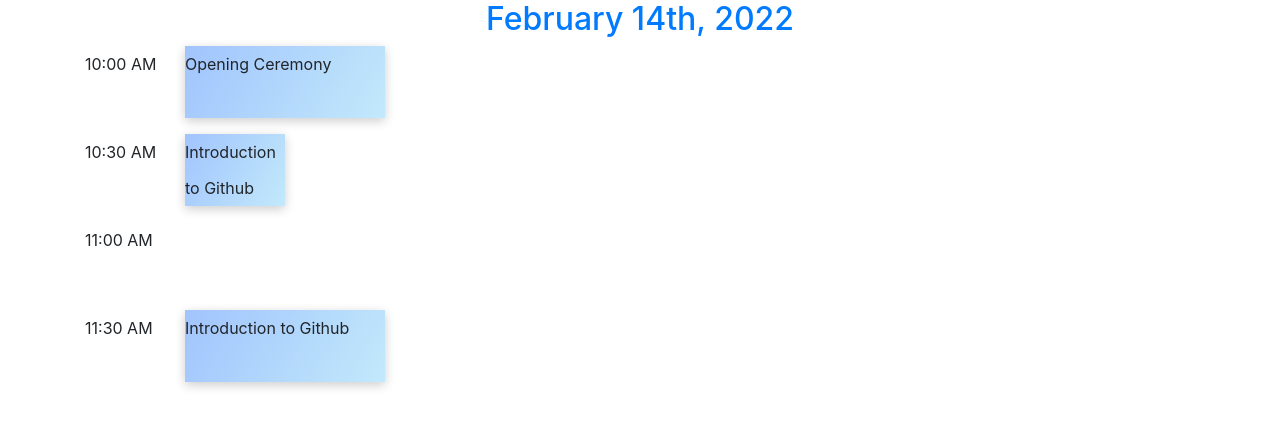
Repository: BaileyLuu/yuHacks2022
Page: public/schedule.html
An editor plug-in stored every save of this project. The page is shown before and after the next save, followed by the edit.
The browser window is 1280 px wide. The pictures show the whole page.
Some web libraries are served in a nearby version.

Above is the page before, as saved 2021-11-20 13:11:37.

After the next save:
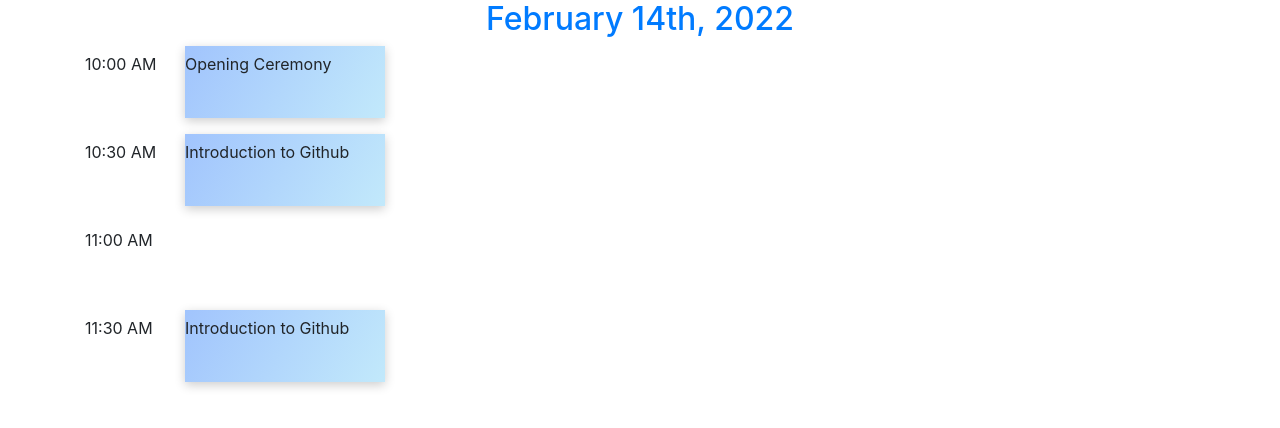
Saved 7 s later.
--- a/public/schedule.html
+++ b/public/schedule.html
@@ -72,7 +72,7 @@
                     </div>
                     <div class="box schedule-time mb-3">
                         <div class="schedule-time" style="width: 100px;">10:30 AM</div>
-                        <div class="session-box schedule-time" style="width: 100px;">Introduction to Github</div>
+                        <div class="session-box schedule-time" style="height: 100px;">Introduction to Github</div>
 
                     </div>
                     <div class="box schedule-time mb-3">
